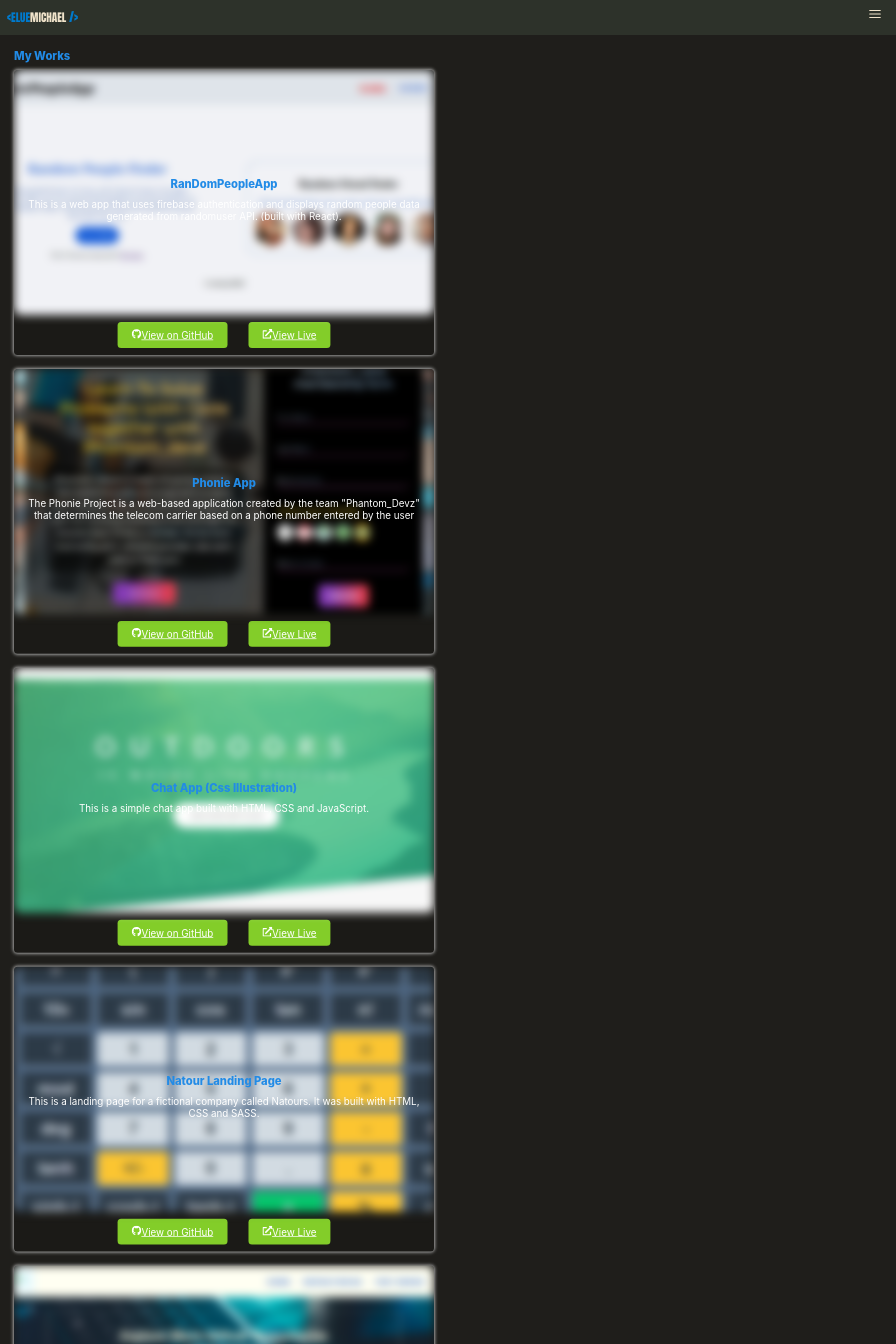
Repository: MikkyPrestige/portfolio
Page: /projects
These files come from the project's save history. The page is drawn as it stood at one moment and after the next save; the edit follows.
The browser window is 1280 px wide. The pictures show the part of the page from y = 0 to 1920 px (the page is 5651 px tall before and 5391 px after), at 70% of full size.
The project was rebuilt for these pictures with package versions that can differ from the ones it lists, and the page was loaded fresh each time. Also part of the build but not shown: src/components/avatar.jsx, src/components/home.jsx, src/components/about.jsx, src/components/fallback.jsx.

Above is the page before, as saved 2023-02-21 17:53:03.

### public/index.html
<!DOCTYPE html>
<html lang="en">
  <head>
    <meta charset="utf-8" />
    <link rel="icon" href="%PUBLIC_URL%/favicon.ico" />
    <meta name="viewport" content="width=device-width, initial-scale=1" />
    <meta name="theme-color" content="#000000" />
    <meta
      name="description"
      content="Web site created using create-react-app"
    />
    <link rel="apple-touch-icon" href="%PUBLIC_URL%/logo192.png" />
    <!--
      manifest.json provides metadata used when your web app is installed on a
      user's mobile device or desktop. See https://developers.google.com/web/fundamentals/web-app-manifest/
    -->
    <link rel="manifest" href="%PUBLIC_URL%/manifest.json" />
    <!--
      Notice the use of %PUBLIC_URL% in the tags above.
      It will be replaced with the URL of the `public` folder during the build.
      Only files inside the `public` folder can be referenced from the HTML.

      Unlike "/favicon.ico" or "favicon.ico", "%PUBLIC_URL%/favicon.ico" will
      work correctly both with client-side routing and a non-root public URL.
      Learn how to configure a non-root public URL by running `npm run build`.
    -->
    <title>Elue Michael Portfolio</title>
  </head>
  <body>
    <noscript>You need to enable JavaScript to run this app.</noscript>
    <div id="root"></div>
    <!--
      This HTML file is a template.
      If you open it directly in the browser, you will see an empty page.

      You can add webfonts, meta tags, or analytics to this file.
      The build step will place the bundled scripts into the <body> tag.

      To begin the development, run `npm start` or `yarn start`.
      To create a production bundle, use `npm run build` or `yarn build`.
    -->
  </body>
</html>

### src/assets/styles/sass/main.scss
@import 'abstracts/variables';
@import 'base/base';
@import 'layouts/header';
@import 'pages/home';
@import 'pages/about';
@import 'pages/projects';

// @media (prefers-reduced-motion: no-preference) {
//   .App-logo {
//     animation: App-logo-spin infinite 20s linear;
//   }
// }

// @keyframes App-logo-spin {
//   from {
//     transform: rotate(0deg);
//   }
//   to {
//     transform: rotate(360deg);
//   }
// }

### src/assets/styles/sass/abstracts/_variables.scss
:root {
  --color-primary: #cc4600;
  --color-secondary: #bb45cb;
  --color-tertiary: #eefff8;

  // MARK UP
  --color--markup: #FF8303;
  // TEXT
  --color--text: #F0E3CA;

  // BACKGROUND
  --color--bg: #2D322A;
  --color--bg-light: #242320;
  --color--bg-dark: #1B1A17;
  --color--bg-dark-2: #1F1E1B;
  //DARK
  --color--dark: rgba(22, 22, 22, 1);
  --color--dark-1: rgba(34, 34, 34, 1);
  --color--dark-2: rgba(45, 45, 45, 1);
  --color--dark-3: rgba(51, 51, 51, 1);
  --color--dark-4: rgba(189, 189, 189, 1);
  //WHITE
  --color--white: rgba(255, 255, 255, 1);
  --color--white-1: rgba(240, 227, 202, 1);
  --color--white-op: rgba(240, 227, 202, 0.76);

  // GRAY
  --color--gray: #ABB2BF;

  --light-blue: rgba(97, 218, 251, 1);
  --light-blue--1: #3bc9db;
  --dark-blue: rgba(0, 122, 204, 1);
  --blue-cyan: #228be6;
  --dark-blue-op: rgba(6, 6, 7, 0.82);

  --color--green: rgba(131, 205, 41, 1);

  //Font size
  --font-size: 1rem;
  --font-size--small: 1.2rem;
  --font-size--medium: 1.4rem;
  --font-size--large: 1.6rem;
  --font-size--x-large: 1.8rem;
  --font-size--xx-large: 2rem;
  // ICON FONTS
  --font-size--icon: 3rem;
  --font-size--icon-1: 3.5rem;
  --font-size--icon-2: 4rem;


  //Font family
  --font-family: 'Roboto', sans-serif;
  --font--family--primary: 'Inter', sans-serif;
  --font-family--secondary: 'Inconsolata', monospace;
  --font-family--tertiary: 'Impact', sans-serif;
  --font-family--2: 'Fira Code', monospace;

  // FONT WEIGHT
  --font-weight--light: 300;
  --font-weight--regular: 400;
  --font-weight--medium: 600;
  --font-weight--bold: 800;
  // --font-weight--boldest: 900;
}

### src/assets/styles/sass/base/_base.scss
*,
*::after,
*::before {
  margin: 0;
  padding: 0;
  box-sizing: border-box;
}

html {
  font-size: 62.5%;
  font-family: var(--font-family);
  color: var(--color-white);
  background-color: var(--color--bg);
}

::selection {
  background-color: var(--color-primary);
  color: var(--color-white);
}

### src/assets/styles/sass/layouts/_header.scss
.layout {
  width: 100%;
  height: 5rem;

  &--header {
    display: flex;
    justify-content: space-between;
    align-items: center;
    padding: 1rem;

    &__title {
      text-align: center;

      &__content {
        color: var(--color--text);
        font-family: var(--font-family--tertiary);
        font-size: var(--font-size--large);
        font-weight: var(--font-weight--regular);
        position: absolute;
        z-index: 1000;

        &__span {
          color: var(--dark-blue);
          font-size: var(--font-size--x-large);

          &--2 {
            color: var(--dark-blue);
          }
        }
      }
    }
  }

  &--menu {
    position: relative;

    &__button {
      position: fixed;
      top: 1rem;
      right: 2rem;
      z-index: 10;
      background-color: var(--color--bg);
      color: var(--color--text);
      border: none;
      font-size: var(--font-size--xx-large);
      font-weight: var(--font-weight--bold);
      cursor: pointer;
    }

    &__content {
      position: fixed;
      top: 0;
      right: 0;
      width: 0;
      max-width: 100%;
      height: 85%;
      background-color: var(--color--bg-dark);
      z-index: 5;
      overflow: hidden;

      &.show {
        width: 100%;
        transition: all 1s ease-in-out;
        -webkit-transition: all 1s ease-in-out;
        -moz-transition: all 1s ease-in-out;
        -ms-transition: all 1s ease-in-out;
        -o-transition: all 1s ease-in-out;
      }

      &__list {
        list-style: none;
        display: flex;
        flex-direction: column;
        justify-content: center;
        align-items: center;
        gap: 5rem;
        padding: 0;
        margin-top: 8rem;

        &__item {
          color: var(--dark-blue);
          font-family: var(--font-family--secondary);
          font-size: var(--font-size--large);
          font-weight: var(--font-weight--bold);
          font-style: normal;
          text-transform: capitalize;
          cursor: pointer;
          transition: all 1s ease-in-out;
          -webkit-transition: all 1s ease-in-out;
          -moz-transition: all 1s ease-in-out;
          -ms-transition: all 1s ease-in-out;
          -o-transition: all 1s ease-in-out;

          &:hover,
          &:active {
            color: var(--color--text);
          }

          span {
            color: var(--color--white-1);
          }
        }
      }
    }
  }


  &--large {
    display: none;
  }
}

### src/assets/styles/sass/pages/home.scss
.home {
  width: 100%;
  height: 100vh;
  background: radial-gradient(100% 100% at 50% 100%, var(--color--bg-dark-2) 21.52%, var(--color--bg-dark) 100%);

  &--contents {
    display: flex;
    flex-direction: column;
    justify-content: center;
    align-items: center;
    padding: 3rem 5rem;
    gap: 3rem;
  }

  &--content {
    display: flex;
    flex-direction: column;
    align-items: flex-start;
    padding: 0;
    gap: .5rem;

    &__title {
      font-family: var(--font-family--secondary);
      font-size: var(--font-size--x-large);
      font-weight: var(--font-weight--boldest);
      color: var(--dark-blue);
    }

    &__subtitle {
      font-family: var(--font-family--secondary);
      font-size: var(--font-size--large);
      font-weight: var(--font-weight--bold);
      color: var(--color--text);
    }

    &__desc {
      font-family: var(--font-family--secondary);
      font-size: var(--font-size--small);
      font-weight: var(--font-weight--regular);
      color: var(--color--white-1);
    }
  }

  &--avatar {
    border-radius: 5%;
    -webkit-border-radius: 5%;
    -moz-border-radius: 5%;
    -ms-border-radius: 5%;
    -o-border-radius: 5%;
    background-image: radial-gradient(circle, var(--blue-cyan) 5%, var(--light-blue--1) 95%);
  }
}

### src/assets/styles/sass/pages/_about.scss
.about {
  width: 100%;
  height: 100%;
  background-color: var(--color--bg-dark-2);
  color: var(--color--gray);

  &--wrapper {
    display: flex;
    flex-direction: column;
    justify-content: center;
    align-items: center;
    gap: 1rem;
  }

  &--desc {
    padding: 5rem;
    display: flex;
    flex-direction: column;
    justify-content: center;
    align-items: center;
    gap: 5rem;
  }

  &--img {
    position: relative;

    &__content1 {
      width: 3rem;
      height: 3rem;
      position: absolute;
      top: 0;
      left: 0;
      background: var(--dark-blue);
      transform: rotate(51.88deg);
    }

    &__content2 {
      width: 3rem;
      height: 3rem;
      position: absolute;
      top: 0;
      left: 0;
      background: var(--color--white-op);
    }
  }

  &--content {
    display: flex;
    flex-direction: column;
    justify-content: center;
    align-items: flex-start;
    gap: 2rem;
    font-family: var(--font-family--2);

    &__title {
      line-height: 2;

      &__head {
        font-size: var(--font-size--x-large);
        font-weight: var(--font-weight--medium);
      }

      &__span {
        color: var(--dark-blue);
      }

      &__subhead {
        font-size: var(--font-size--medium);
        font-weight: var(--font-weight--regular);
      }
    }

    &__text {
      padding-left: 3rem;
      line-height: 1.5;
      color: var(--color--text);

      &__head {
        font-size: var(--font-size--large);
        font-weight: var(--font-weight--regular);

        &__name {
          color: var(--blue-cyan);
          font-weight: var(--font-weight--medium);
        }
      }

      &__desc {
        font-size: var(--font-size--small);
        font-weight: var(--font-weight--regular);
      }
    }
  }

  &--skills {
    display: flex;
    flex-direction: column;
    justify-content: center;
    align-items: center;
    gap: 2rem;

    &__title__head {
      font-size: var(--font__title -size--x-large);
      font-weight: var(--font-weight--medium);
      color: var(--dark-blue);
      text-transform: capitalize;
    }

    &__icon {
      font-size: var(--font-size--medium);
      color: var(--color--white-1);
    }

    &__content {
      display: flex;
      flex-direction: column;
      align-items: flex-start;
      gap: 2rem;
      padding: 0;
      width: 100%;

      &__items {
        display: grid;
        grid-template-columns: repeat(2, 1fr);
        gap: 2rem 5rem;
        width: 100%;
        padding: 1rem 3rem;
        border-radius: 1rem;
        background-color: var(--color--bg-dark);

        &__card {
          display: flex;
          flex-direction: column;
          justify-content: center;
          align-items: center;
          padding: 1rem;
          width: 10rem;
          border-radius: 1rem;
          -webkit-border-radius: 1rem;
          -moz-border-radius: 1rem;
          -ms-border-radius: 1rem;
          -o-border-radius: 1rem;

          &__icon {
            font-size: var(--font-size--icon-2);
          }

          &__text {
            font-family: var(--font-family--secondary);
            font-size: var(--font-size--medium);
            font-weight: var(--font-weight--medium);
            color: var(--color--white-1);
          }
        }
      }
    }
  }
}

### src/assets/styles/sass/pages/_projects.scss
.project {
  padding: 2rem;
  background-color: var(--color--bg-dark-2);

  &--title {
    font-family: var(--font--family--secondary);
    font-size: var(--font-size--large);
    font-weight: var(--font-weight--bold);
    color: var(--blue-cyan);
    margin-bottom: 1rem;
  }

  &--wrapper {
    display: grid;
    grid-template-columns: repeat(1, 1fr);
    gap: 2rem;
    width: 100%;
  }

  &--card {
    background-color: var(--color--bg-dark);
    // margin: auto;
    padding: 1rem;
    border-radius: 0.5rem;
    box-shadow: 0 0 0.5rem 0.1rem var(--color--dark-4);
    transition: all 0.3s ease-in-out;
    position: relative;
    display: flex;
    flex-direction: column;
    justify-content: center;
    align-items: center;
    // height: 100%;
    max-width: 60rem;
    overflow-y: hidden;

    &:hover {
      transform: translateY(-0.5rem);
      box-shadow: 0 0 0.5rem 0.1rem var(--color--dark-4);
    }

    &__blur {
      position: absolute;
      top: 0;
      left: 0;
      width: 100%;
      height: 35rem;
      border-radius: 1rem;
      background-size: cover;
      background-position: center;
      background-repeat: no-repeat;
      filter: blur(0.7rem);
      //z-index: 1;

      &-1 {
        background-image: url(../../../images/randomApp.jpeg);
      }

      &-2 {
        background-image: url(../../../images/phonieApp.jpeg);
      }

      &-3 {
        background-image: url(../../../images/natours.jpeg);
      }

      &-4 {
        background-image: url(../../../images/calculator.jpeg);
      }

      &-5 {
        background-image: url(../../../images/repoApp.jpeg);
      }

      &-6 {
        background-image: url(../../../images/fylo.jpeg);
      }

      &-7 {
        background-image: url(../../../images/orderCard.jpeg);
      }

      &-8 {
        background-image: url(../../../images/phonyApp.jpeg);
      }

      &-9 {
        background-image: url(../../../images/ratingApp.jpeg);
      }

      &-10 {
        background-image: url(../../../images/chatAppCss.jpeg);
      }

      &-11 {
        background-image: url(../../../images/trillo.jpeg);
      }

      &-12 {
        background-image: url(../../../images/statsCard.jpeg);
      }

      &-13 {
        background-image: url(../../../images/phonyApp.jpeg);
      }

      &-14 {
        background-image: url(../../../images/shoebrand.jpeg);
      }
    }

    &__content {
      height: 35rem;
      width: 100%;
      display: flex;
      flex-direction: column;
      justify-content: center;
      align-items: center;
      gap: 1rem;
      position: relative;
      top: 0;
      left: 0;
      // z-index: 10;

      &__title {
        font-family: var(--font--family--secondary);
        font-size: var(--font-size--large);
        font-weight: var(--font-weight--bold);
        color: var(--blue-cyan);
      }

      &__desc {
        font-family: var(--font--family--secondary);
        font-size: var(--font-size--medium);
        font-weight: var(--font-weight--regular);
        color: var(--color--white);
        text-align: center;
      }
    }

    &__links {
      display: flex;
      // justify-content: center;
      align-items: center;
      gap: 3rem;

      &__link {
        padding: 1rem 2rem;
        background-color: var(--color--green);
        border-radius: 0.5rem;
        font-family: var(--font--family--secondary);
        font-size: var(--font-size--medium);
        font-weight: var(--font-weight--regular);
        color: var(--color--white);
        transition: all 0.3s ease-in-out;

        &:hover {
          color: var(--blue-cyan);
        }
      }
    }
  }
}

Loaded but not shown: src/index.css (common file); src/reportWebVitals.js (common file); src/index.js (21 lines, source omitted); src/App.js (22 lines, source omitted); src/components/projects.jsx (437 lines, source omitted); src/components/layout.jsx (141 lines, source omitted)

After the next save:
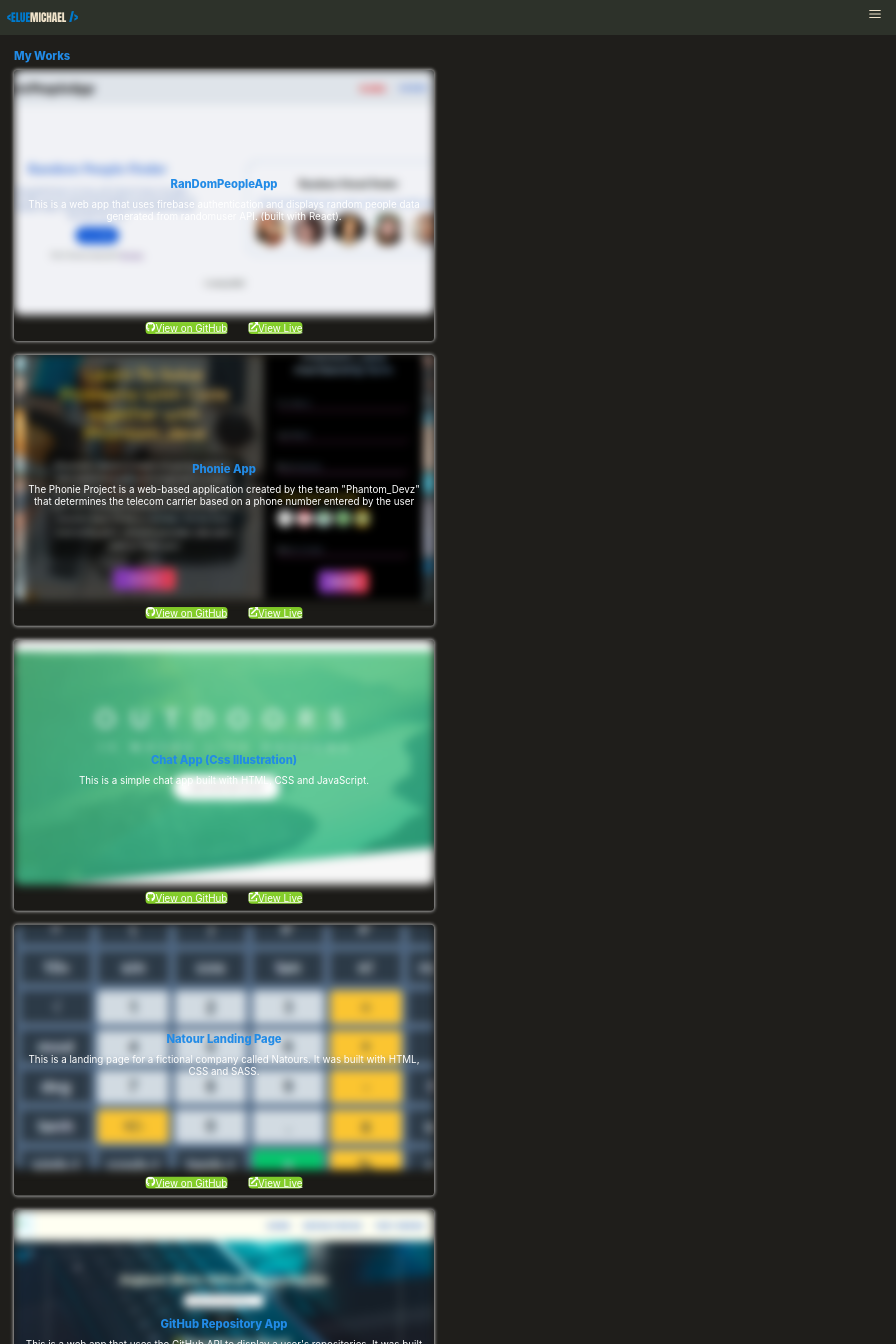
Saved 20 s later.
--- a/src/assets/styles/sass/pages/_projects.scss
+++ b/src/assets/styles/sass/pages/_projects.scss
@@ -144,7 +144,7 @@
       gap: 3rem;
 
       &__link {
-        padding: 1rem 2rem;
+        // padding: 1rem 2rem;
         background-color: var(--color--green);
         border-radius: 0.5rem;
         font-family: var(--font--family--secondary);

After the save that followed:
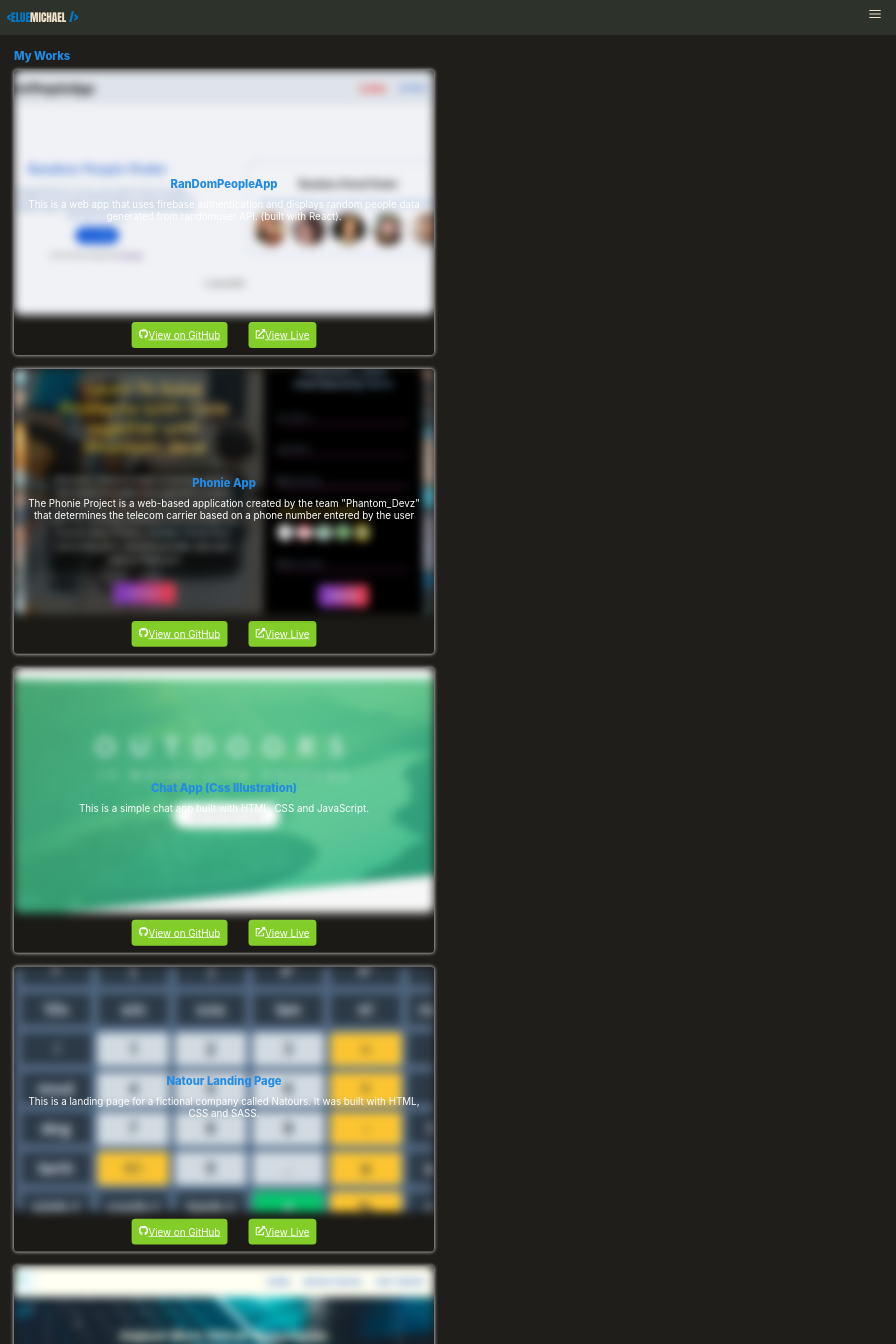
Saved 15 s later.
--- a/src/assets/styles/sass/pages/_projects.scss
+++ b/src/assets/styles/sass/pages/_projects.scss
@@ -144,7 +144,7 @@
       gap: 3rem;
 
       &__link {
-        // padding: 1rem 2rem;
+        padding: 1rem 1rem;
         background-color: var(--color--green);
         border-radius: 0.5rem;
         font-family: var(--font--family--secondary);
